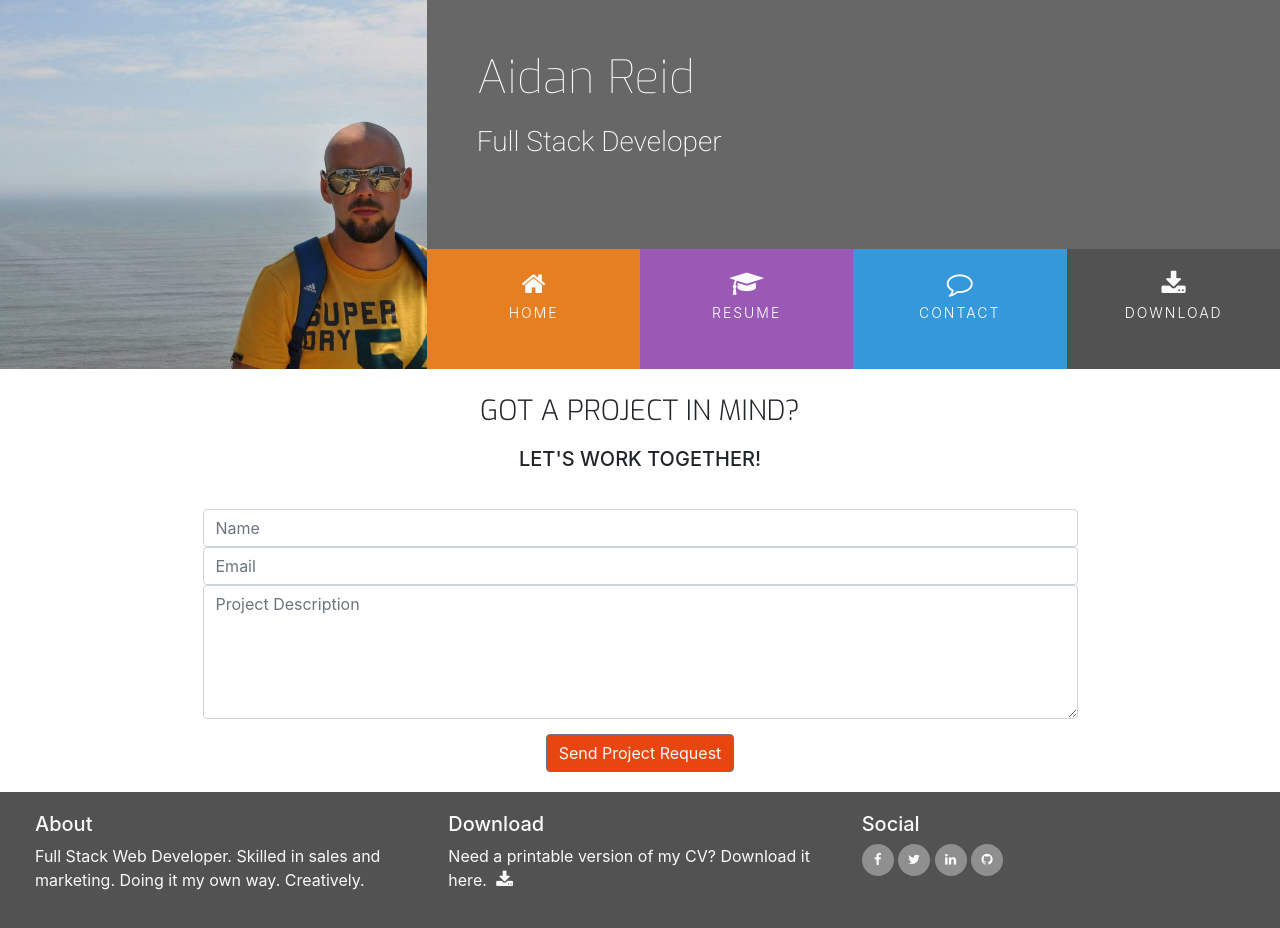
Repository: AidanJReid/Resume
Page: contact.html
The author's editor kept a record of every edit. The page is drawn from the files as they stood at one moment, then again after the next edit.
The browser window is 1280 px wide. The pictures show the whole page.

Above is the page before.

After the next edit:
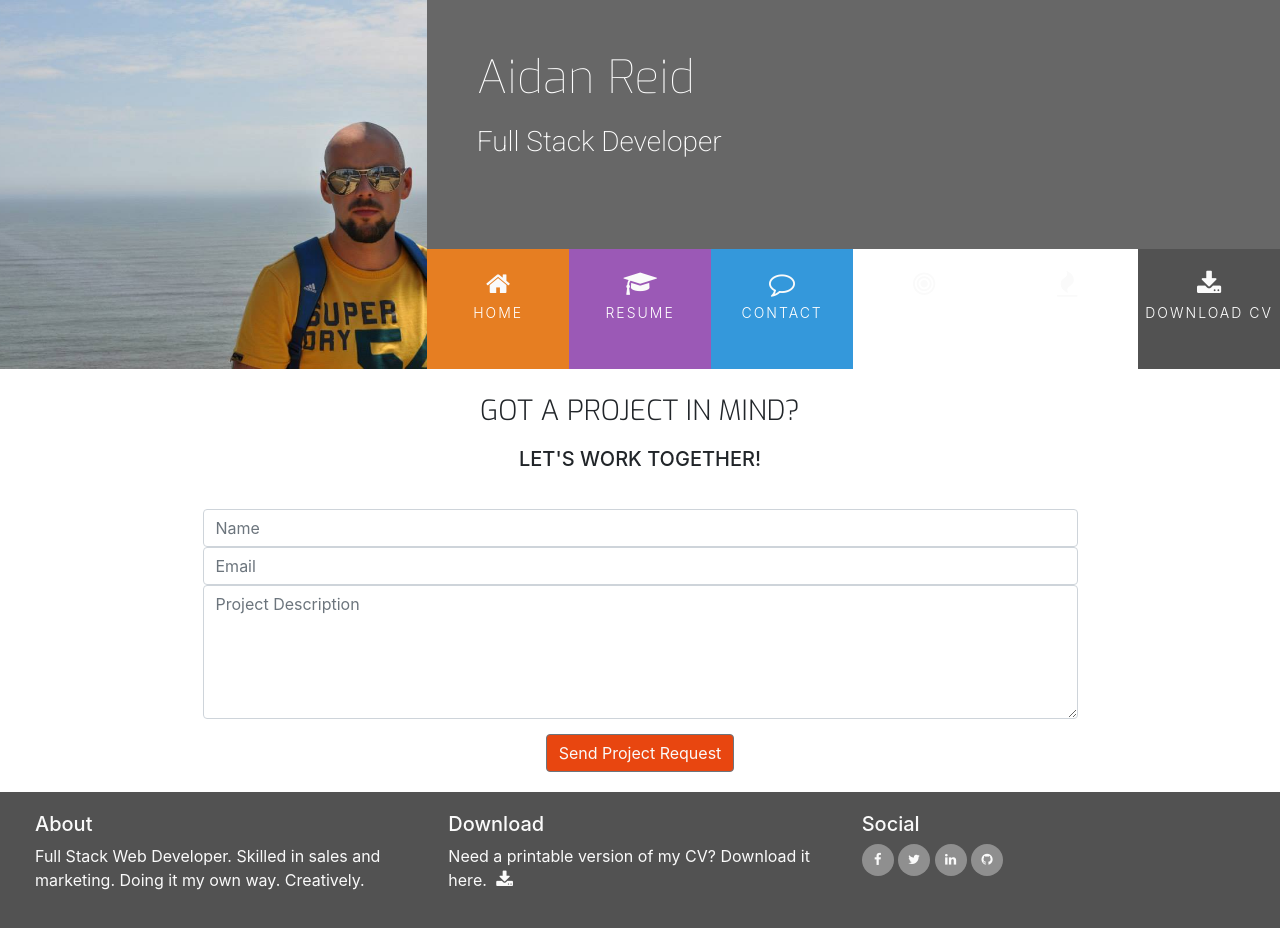
The edit:
--- a/contact.html
+++ b/contact.html
@@ -28,28 +28,40 @@
                 <div class="row no-gutters">
                     <div class="col">
                         <ul id="nav" class="list-inline menucontainer">
-                            <li class="col-6 col-sm-3 ui-menu-color-home list-inline-item menuitem">
+                            <li class="col-6 col-sm-2 ui-menu-color-home list-inline-item menuitem">
                                 <a href="index.html" class="hvr-sweep-to-bottom">
                                     <i class="fa fa-home" aria-hidden="true"></i>
                                     <span>Home</span>
                                 </a>
                             </li>
-                            <li class="col-6 col-sm-3 ui-menu-color-resume list-inline-item menuitem">
+                            <li class="col-6 col-sm-2 ui-menu-color-resume list-inline-item menuitem">
                                 <a href="resume.html" class="hvr-sweep-to-bottom">
                                     <i class="fa fa-graduation-cap" aria-hidden="true"></i>
                                     <span>Resume</span>
                                 </a>
                             </li>
-                            <li class="col-6 col-sm-3 ui-menu-color-contact list-inline-item menuitem">
+                            <li class="col-6 col-sm-2 ui-menu-color-contact list-inline-item menuitem">
                                 <a href="contact.html" class="hvr-sweep-to-bottom">
                                     <i class="fa fa-comment-o" aria-hidden="true"></i>
                                     <span>Contact</span>
                                 </a>
                             </li>
-                            <li class="col-6 col-sm-3 ui-menu-color-download list-inline-item menuitem">
+                            <li class="col-6 col-sm-2 ui-menu-color-life list-inline-item menuitem">
+                                <a href="life.html" class="hvr-sweep-to-bottom">
+                                    <i class="fa fa-bullseye" aria-hidden="true"></i>
+                                    <span>Life BC</span>
+                                </a>
+                            </li>
+                            <li class="col-6 col-sm-2 ui-menu-color-interests list-inline-item menuitem">
+                                <a href="interests.html" class="hvr-sweep-to-bottom">
+                                    <i class="fa fa-fire" aria-hidden="true"></i>
+                                    <span>Interests</span>
+                                </a>
+                            </li>
+                            <li class="col-6 col-sm-2 ui-menu-color-download list-inline-item menuitem">
                                 <a href="assets/CV/19AidReidCV.docx" target="_blank" class="hvr-sweep-to-bottom">
                                     <i class="fa fa-download" aria-hidden="true"></i>
-                                    <span>Download</span>
+                                    <span>Download CV</span>
                                 </a>
                             </li>
                         </ul>
